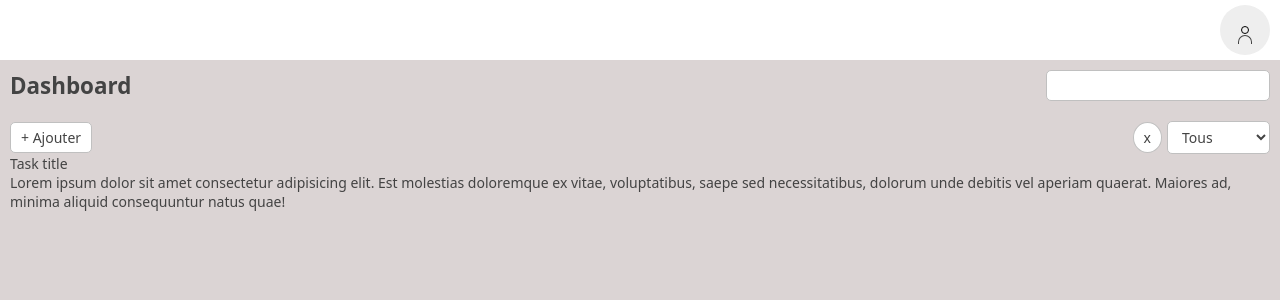
Repository: zpaulange/task_manager
Page: dashboard/index.html
An editor plug-in stored every save of this project. The page is shown before and after the next save, followed by the edit.
The browser window is 1280 px wide. The pictures show the whole page.

Above is the page before, as saved 2025-03-06 15:15:46.

After the next save:
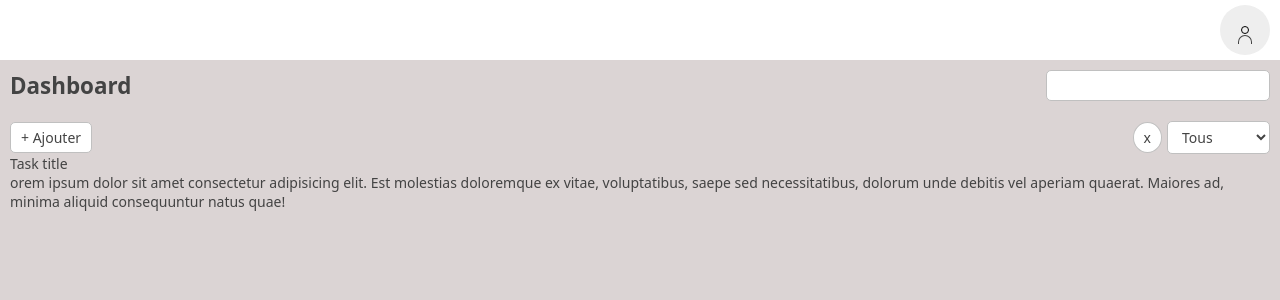
Saved 12 s later.
--- a/dashboard/index.html
+++ b/dashboard/index.html
@@ -40,7 +40,9 @@
                 Task title
               </div>
               <div class="main-task__content-item__desc">
-                Lorem ipsum dolor sit amet consectetur adipisicing elit. Est molestias doloremque ex vitae, voluptatibus, saepe sed necessitatibus, dolorum unde debitis vel aperiam quaerat. Maiores ad, minima aliquid consequuntur natus quae!
+                <p>
+                  orem ipsum dolor sit amet consectetur adipisicing elit. Est molestias doloremque ex vitae, voluptatibus, saepe sed necessitatibus, dolorum unde debitis vel aperiam quaerat. Maiores ad, minima aliquid consequuntur natus quae!
+                </p>
               </div>
             </div>
             <!-- <section class="box box-center">
